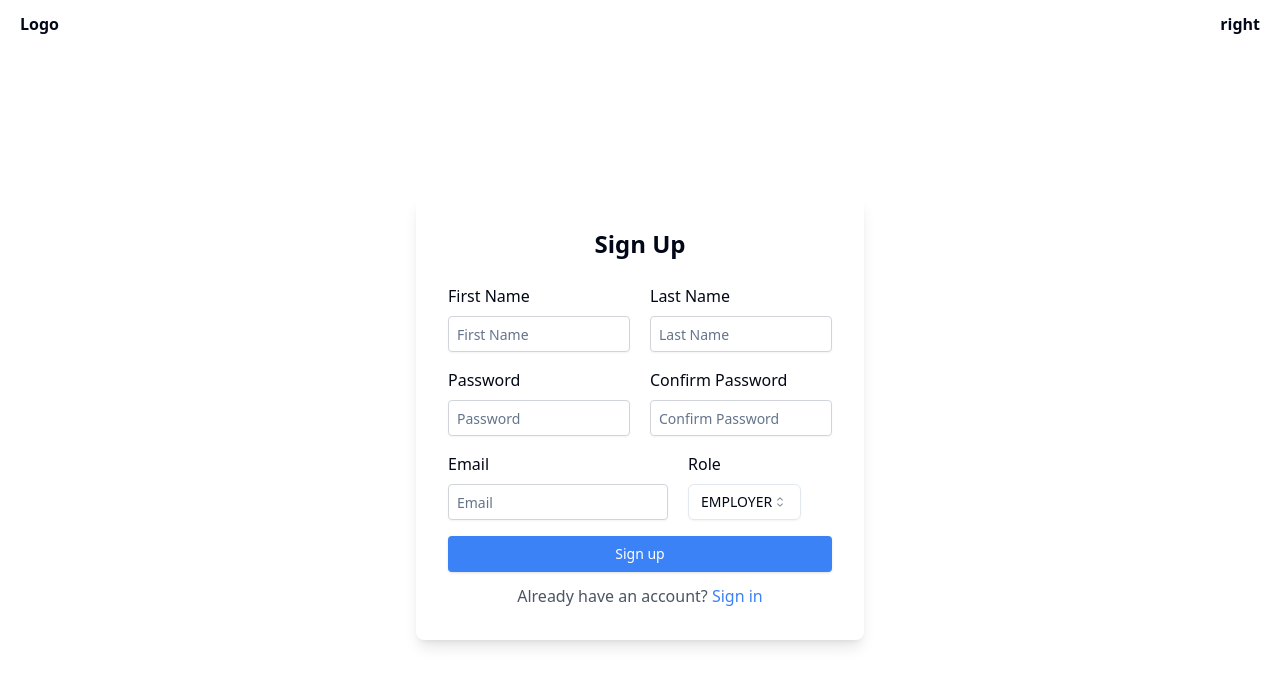
Repository: hisreal123/globalpath_fe
Page: /auth/signup
These files come from the project's save history. The page is drawn as it stood at one moment and after the next save; the edit follows.
The browser window is 1280 px wide. The pictures show the whole page.
The project was rebuilt for these pictures with package versions that can differ from the ones it lists, and the page was loaded fresh each time. Also part of the build but not shown: vite.config.ts, src/components/pages/HomeComponent.tsx, src/pages/Home.tsx, src/pages/Error.tsx, src/pages/About.tsx, src/pages/Blog.tsx, src/pages/Find_jobs.tsx, src/components/Header.tsx and 2 more.

Above is the page before, as saved 2024-10-11 16:57:35.

### src/App.tsx

import { Router } from "./router/Router";

function App() {
  return (
    <>
      <Router />
    </>
  );
}

export default App;

### src/router/Router.tsx
import {
  createBrowserRouter,
  RouterProvider,
  Outlet,
  useLocation,
} from "react-router-dom";
import Home from "../pages/Home";
import Error from "../pages/Error";
import About from "../pages/About";
import Blog from "../pages/Blog";
import Find_jobs from "../pages/Find_jobs"
import Header from "../components/Header";
import Signin from "../pages/auth/Signin";
import Signup from "../pages/auth/Signup";


const notPages = ["/error", "/auth/signin", "/auth/signup", "auth/reset_password"]


// Layout component with conditional Navbar
const Layout = () => {
  const location = useLocation(); // Get the current route location

  return (
    <>
      {/* Conditionally render the Navbar if the current path is not the error page */}
      {!notPages.includes(location.pathname) && <Header />}
      <Outlet /> {/* Renders the child route's component */}
    </>
  );
};

const router = createBrowserRouter([
  {
    path: "/",
    element: <Layout />, // Wrap with layout for routes with Navbar
    children: [
      {
        path: "/",
        element: <Home />,
      },
      {
        path: "/about",
        element: <About />,
      },
      {
        path: "/find_jobs",
        element: <Find_jobs />,
      },
      {
        path: "/blog",
        element: <Blog />,
      },
      {
        path: "/auth",
        // element: <Blog />,
        children: [
          {
            path: "/auth/signin",
            element: <Signin />,
          },
          {
            path: "/auth/signup",
            element: <Signup />,
          },
        ],
      },
    ],
  },
  {
    path: "*", // Error route
    element: <Error />,
  },
]);

export const Router = () => {
  return (
    <>
      {/* No need for useLocation here */}
      <RouterProvider router={router} />
    </>
  );
};

### src/pages/auth/Signup.tsx
import React from 'react'
import SignupComponent from '../../components/pages/auth/SignupComponent'


const Signup = () => {
  return (
    <div>
      <SignupComponent />
    </div>
  )
}

export default Signup

### src/components/pages/auth/SignupComponent.tsx
import { z } from "zod";
import { zodResolver } from "@hookform/resolvers/zod";
import { SubmitHandler, useForm } from "react-hook-form";
import { RegisterSchema } from "@/utils/FormValiator";
import { Button } from "@/components/ui/button";
import {
  Form,
  FormControl,
  FormField,
  FormItem,
  FormLabel,
  FormMessage,
} from "@/components/ui/form";
import { Input } from "../../ui/input";
import { Link } from "react-router-dom";
import { useRegister } from "@/hooks/useAuth";
import { useState } from "react";
import {
  Select,
  SelectContent,
  SelectItem,
  SelectTrigger,
  SelectValue,
} from "@/components/ui/select";

type FormValues = z.infer<typeof RegisterSchema>;

const SignupComponent = () => {
  // states
  const [isLoading, setIsLoading] = useState<boolean>(false);
  const [isEmployer, setIsEmployer] = useState<boolean>(false);
  const form = useForm({
    resolver: zodResolver(RegisterSchema),
    defaultValues: {
      email: "",
      first_name: "",
      last_name: "",
      password: "",
      confirm_password: "",
      profile: {
        job_title: "",
        company_name: "",
        company_web_address: "",
      },
      role: "",
    },
  });

  const onSubmit: SubmitHandler<FormValues> = async (values) => {
    setIsLoading(true);
    try {
      const response = await useRegister(values);
      console.log("User registered successfully:", response.data);
    } catch (error: any) {
      console.error("Registration failed:", error.message);
    } finally {
      setIsLoading(false);
    }
  };

  return (
    <div>
      <div className="top_nav px-5 flex items-center justify-between font-bold pt-3">
        <Link to="/">Logo</Link>
        <h2>right</h2>
      </div>
      <div className="form_wrapper bg-white p-8 rounded-lg shadow-lg w-11/12 max-w-md mt-20 md:mt-40 mx-auto">
        <h2 className="text-2xl font-bold mb-6 text-center">Sign Up</h2>
        <Form {...form}>
          <form onSubmit={form.handleSubmit(onSubmit)} className="space-y-4">
            <div className="grid grid-cols-2 gap-x-5">
              {/* First Name Field */}
              <FormField
                control={form.control}
                name="first_name"
                render={({ field }) => (
                  <FormItem>
                    <FormLabel className="text-md">First Name</FormLabel>
                    <FormControl>
                      <Input
                        placeholder="First Name"
                        {...field}
                        className="w-full p-2 border border-gray-300 rounded mt-1"
                      />
                    </FormControl>
                    <FormMessage />
                  </FormItem>
                )}
              />

              {/* Last Name Field */}
              <FormField
                control={form.control}
                name="last_name"
                render={({ field }) => (
                  <FormItem>
                    <FormLabel className="text-md">Last Name</FormLabel>
                    <FormControl>
                      <Input
                        placeholder="Last Name"
                        {...field}
                        className="w-full p-2 border border-gray-300 rounded mt-1"
                      />
                    </FormControl>
                    <FormMessage />
                  </FormItem>
                )}
              />
            </div>

            <div className="grid grid-cols-2 gap-x-5">
              {/* Password Field */}
              <FormField
                control={form.control}
                name="password"
                render={({ field }) => (
                  <FormItem>
                    <FormLabel className="text-md">Password</FormLabel>
                    <FormControl>
                      <Input
                        type="password"
                        placeholder="Password"
                        {...field}
                        className="w-full p-2 border border-gray-300 rounded mt-1"
                      />
                    </FormControl>
                    <FormMessage />
                  </FormItem>
                )}
              />

              {/* Confirm Password Field */}
              <FormField
                control={form.control}
                name="confirm_password"
                render={({ field }) => (
                  <FormItem>
                    <FormLabel className="text-md">Confirm Password</FormLabel>
                    <FormControl>
                      <Input
                        type="password"
                        placeholder="Confirm Password"
                        {...field}
                        className="w-full p-2 border border-gray-300 rounded mt-1"
                      />
                    </FormControl>
                    <FormMessage />
                  </FormItem>
                )}
              />
            </div>

            <div className="flex space-x-5">
              {/* Email Field */}
              <FormField
                control={form.control}
                name="email"
                render={({ field }) => (
                  <FormItem>
                    <FormLabel className="text-md">Email</FormLabel>
                    <FormControl>
                      <Input
                        placeholder="Email"
                        {...field}
                        className="w-full p-2 border border-gray-300 rounded mt-1"
                      />
                    </FormControl>
                    <FormMessage />
                  </FormItem>
                )}
              />
              {/* Role Field */}
              <FormField
                control={form.control}
                name="role"
                render={({ field }) => (
                  <FormItem>
                    <FormLabel className="text-md">Role</FormLabel>
                    <Select
                      onValueChange={field.onChange} // Bind to React Hook Form's `onChange`
                      value={field.value} // Bind to the current value from React Hook Form
                    >
                      <SelectTrigger className="min-w-[100%]">
                        <SelectValue placeholder="EMPLOYER" />
                      </SelectTrigger>
                      <SelectContent>
                        <SelectItem value="EMPLOYER">EMPLOYER</SelectItem>
                        <SelectItem value="JOBSEEKER">JOBSEEKER</SelectItem>
                      </SelectContent>
                    </Select>
                  </FormItem>
                )}
              />
            </div>

            {isEmployer && (
              <div className="profile-section">
                <div className="flex space-x-5">
                  {/* Job Title Field (Profile) */}
                  <FormField
                    control={form.control}
                    name="profile.job_title"
                    render={({ field }) => (
                      <FormItem>
                        <FormLabel className="text-md">Job Title</FormLabel>
                        <FormControl>
                          <Input
                            placeholder="Job Title"
                            {...field}
                            className="w-full p-2 border border-gray-300 rounded mt-1"
                          />
                        </FormControl>
                        <FormMessage />
                      </FormItem>
                    )}
                  />

                  {/* Company Name Field (Profile) */}
                  <FormField
                    control={form.control}
                    name="profile.company_name"
                    render={({ field }) => (
                      <FormItem>
                        <FormLabel className="text-md">Company Name</FormLabel>
                        <FormControl>
                          <Input
                            placeholder="Company Name"
                            {...field}
                            className="w-full p-2 border border-gray-300 rounded mt-1"
                          />
                        </FormControl>
                        <FormMessage />
                      </FormItem>
                    )}
                  />
                </div>

                {/* Company Web Address Field (Profile) */}
                <FormField
                  control={form.control}
                  name="profile.company_web_address"
                  render={({ field }) => (
                    <FormItem>
                      <FormLabel className="text-md">
                        Company Web Address
                      </FormLabel>
                      <FormControl>
                        <Input
                          placeholder="Company Web Address"
                          {...field}
                          className="w-full p-2 border border-gray-300 rounded mt-1"
                        />
                      </FormControl>
                      <FormMessage />
                    </FormItem>
                  )}
                />
              </div>
            )}
            {/* Submit Button */}
            <Button
              type="submit"
              className="bg-blue-500 text-white w-full p-2 rounded hover:bg-blue-600 mt-5 relative"
            >
              {`${isLoading ? "loading...." : "Sign up"}`}
            </Button>
          </form>
        </Form>

        <p className="text-center text-gray-600 mt-3">
          Already have an account?{" "}
          <Link to="/auth/signin" className="text-blue-500 hover:underline">
            Sign in
          </Link>
        </p>
      </div>
    </div>
  );
};

export default SignupComponent;

### src/utils/FormValiator.ts
"use client"

import {z} from "zod"


export const UserProfile = z.object({
  job_title: z.string(),
  company_name: z.string(),
  company_web_address: z.string().url({ message: "Invalid url" })
});

export const RegisterSchema = z
  .object({
    email: z
      .string()
      .min(13, {
        message: "Email must be 13 or more.",
      })
      .max(20),
    first_name: z
      .string()
      .min(2, {
        message: "First name must be at least 2 characters long",
      })
      .max(50),
    last_name: z.string().min(2).max(50),
    password: z.string().min(4).max(20),
    confirm_password: z.string().min(2).max(50),
    profile: UserProfile,
    role: z.string().min(8).max(20)
  })
  .refine((data) => data.password === data.confirm_password, {
    message: "Passwords do not match",
    path: ["confirm_password"],
  });



export const LoginSchema =  z.object({
  email: z.string().email({ message: "Invalid email address" }),
  password: z.string().min(6, { message: "Password must be at least 6 characters" }),
});

### src/components/ui/button.tsx
import * as React from "react"
import { Slot } from "@radix-ui/react-slot"
import { cva, type VariantProps } from "class-variance-authority"

import { cn } from "@/lib/utils"

const buttonVariants = cva(
  "inline-flex items-center justify-center whitespace-nowrap rounded-md text-sm font-medium transition-colors focus-visible:outline-none focus-visible:ring-1 focus-visible:ring-ring disabled:pointer-events-none disabled:opacity-50",
  {
    variants: {
      variant: {
        default:
          "bg-primary text-primary-foreground shadow hover:bg-primary/90",
        destructive:
          "bg-destructive text-destructive-foreground shadow-sm hover:bg-destructive/90",
        outline:
          "border border-input bg-background shadow-sm hover:bg-accent hover:text-accent-foreground",
        secondary:
          "bg-secondary text-secondary-foreground shadow-sm hover:bg-secondary/80",
        ghost: "hover:bg-accent hover:text-accent-foreground",
        link: "text-primary underline-offset-4 hover:underline",
      },
      size: {
        default: "h-9 px-4 py-2",
        sm: "h-8 rounded-md px-3 text-xs",
        lg: "h-10 rounded-md px-8",
        icon: "h-9 w-9",
      },
    },
    defaultVariants: {
      variant: "default",
      size: "default",
    },
  }
)

export interface ButtonProps
  extends React.ButtonHTMLAttributes<HTMLButtonElement>,
    VariantProps<typeof buttonVariants> {
  asChild?: boolean
}

const Button = React.forwardRef<HTMLButtonElement, ButtonProps>(
  ({ className, variant, size, asChild = false, ...props }, ref) => {
    const Comp = asChild ? Slot : "button"
    return (
      <Comp
        className={cn(buttonVariants({ variant, size, className }))}
        ref={ref}
        {...props}
      />
    )
  }
)
Button.displayName = "Button"

export { Button, buttonVariants }

### src/components/ui/form.tsx
import * as React from "react"
import * as LabelPrimitive from "@radix-ui/react-label"
import { Slot } from "@radix-ui/react-slot"
import {
  Controller,
  ControllerProps,
  FieldPath,
  FieldValues,
  FormProvider,
  useFormContext,
} from "react-hook-form"

import { cn } from "@/lib/utils"
import { Label } from "@/components/ui/label"

const Form = FormProvider

type FormFieldContextValue<
  TFieldValues extends FieldValues = FieldValues,
  TName extends FieldPath<TFieldValues> = FieldPath<TFieldValues>
> = {
  name: TName
}

const FormFieldContext = React.createContext<FormFieldContextValue>(
  {} as FormFieldContextValue
)

const FormField = <
  TFieldValues extends FieldValues = FieldValues,
  TName extends FieldPath<TFieldValues> = FieldPath<TFieldValues>
>({
  ...props
}: ControllerProps<TFieldValues, TName>) => {
  return (
    <FormFieldContext.Provider value={{ name: props.name }}>
      <Controller {...props} />
    </FormFieldContext.Provider>
  )
}

const useFormField = () => {
  const fieldContext = React.useContext(FormFieldContext)
  const itemContext = React.useContext(FormItemContext)
  const { getFieldState, formState } = useFormContext()

  const fieldState = getFieldState(fieldContext.name, formState)

  if (!fieldContext) {
    throw new Error("useFormField should be used within <FormField>")
  }

  const { id } = itemContext

  return {
    id,
    name: fieldContext.name,
    formItemId: `${id}-form-item`,
    formDescriptionId: `${id}-form-item-description`,
    formMessageId: `${id}-form-item-message`,
    ...fieldState,
  }
}

type FormItemContextValue = {
  id: string
}

const FormItemContext = React.createContext<FormItemContextValue>(
  {} as FormItemContextValue
)

const FormItem = React.forwardRef<
  HTMLDivElement,
  React.HTMLAttributes<HTMLDivElement>
>(({ className, ...props }, ref) => {
  const id = React.useId()

  return (
    <FormItemContext.Provider value={{ id }}>
      <div ref={ref} className={cn("space-y-2", className)} {...props} />
    </FormItemContext.Provider>
  )
})
FormItem.displayName = "FormItem"

const FormLabel = React.forwardRef<
  React.ElementRef<typeof LabelPrimitive.Root>,
  React.ComponentPropsWithoutRef<typeof LabelPrimitive.Root>
>(({ className, ...props }, ref) => {
  const { error, formItemId } = useFormField()

  return (
    <Label
      ref={ref}
      className={cn(error && "text-destructive", className)}
      htmlFor={formItemId}
      {...props}
    />
  )
})
FormLabel.displayName = "FormLabel"

const FormControl = React.forwardRef<
  React.ElementRef<typeof Slot>,
  React.ComponentPropsWithoutRef<typeof Slot>
>(({ ...props }, ref) => {
  const { error, formItemId, formDescriptionId, formMessageId } = useFormField()

  return (
    <Slot
      ref={ref}
      id={formItemId}
      aria-describedby={
        !error
          ? `${formDescriptionId}`
          : `${formDescriptionId} ${formMessageId}`
      }
      aria-invalid={!!error}
      {...props}
    />
  )
})
FormControl.displayName = "FormControl"

const FormDescription = React.forwardRef<
  HTMLParagraphElement,
  React.HTMLAttributes<HTMLParagraphElement>
>(({ className, ...props }, ref) => {
  const { formDescriptionId } = useFormField()

  return (
    <p
      ref={ref}
      id={formDescriptionId}
      className={cn("text-[0.8rem] text-muted-foreground", className)}
      {...props}
    />
  )
})
FormDescription.displayName = "FormDescription"

const FormMessage = React.forwardRef<
  HTMLParagraphElement,
  React.HTMLAttributes<HTMLParagraphElement>
>(({ className, children, ...props }, ref) => {
  const { error, formMessageId } = useFormField()
  const body = error ? String(error?.message) : children

  if (!body) {
    return null
  }

  return (
    <p
      ref={ref}
      id={formMessageId}
      className={cn("text-[0.8rem] font-medium text-destructive", className)}
      {...props}
    >
      {body}
    </p>
  )
})
FormMessage.displayName = "FormMessage"

export {
  useFormField,
  Form,
  FormItem,
  FormLabel,
  FormControl,
  FormDescription,
  FormMessage,
  FormField,
}

### src/components/ui/input.tsx
import * as React from "react"

import { cn } from "@/lib/utils"

export interface InputProps
  extends React.InputHTMLAttributes<HTMLInputElement> {}

const Input = React.forwardRef<HTMLInputElement, InputProps>(
  ({ className, type, ...props }, ref) => {
    return (
      <input
        type={type}
        className={cn(
          "flex h-9 w-full rounded-md border border-input bg-transparent px-3 py-1 text-sm shadow-sm transition-colors file:border-0 file:bg-transparent file:text-sm file:font-medium file:text-foreground placeholder:text-muted-foreground focus-visible:outline-none focus-visible:ring-1 focus-visible:ring-ring disabled:cursor-not-allowed disabled:opacity-50",
          className
        )}
        ref={ref}
        {...props}
      />
    )
  }
)
Input.displayName = "Input"

export { Input }

### src/hooks/useAuth.tsx

// import { FormSchema } from '@/utils/FormValiator';
// import { RegisterSchema } from "@/utils/FormValiator";
import axios , {AxiosResponse } from 'axios';
// import IFormRegister from '../../data'
// import { z } from 'zod';

const baseURL =  `https://korede456.pythonanywhere.com`

const headerConfig = {
  headers : {
    'Content-type': 'application/json'
  }
}


export // Function to handle user registration and return AxiosResponse
const useRegister = async (
  userData: any
): Promise<AxiosResponse<any>> => {
  try {
    const response = await axios.post(
      `${baseURL}/account/register/`,
      userData,
      headerConfig
    );

    return response; // Return the API response
  } catch (error: any) {
    if (error.response) {
      console.error("Error registering user:", error.response.status);
      console.error("Error details:", error.response.data);
      throw new Error(error.response.data.message || "Error registering user");
    } else {
      console.error("Error registering user:", error.message);
      throw new Error("Network error");
    }
  }
};

### src/components/ui/label.tsx
import * as React from "react"
import * as LabelPrimitive from "@radix-ui/react-label"
import { cva, type VariantProps } from "class-variance-authority"

import { cn } from "@/lib/utils"

const labelVariants = cva(
  "text-sm font-medium leading-none peer-disabled:cursor-not-allowed peer-disabled:opacity-70"
)

const Label = React.forwardRef<
  React.ElementRef<typeof LabelPrimitive.Root>,
  React.ComponentPropsWithoutRef<typeof LabelPrimitive.Root> &
    VariantProps<typeof labelVariants>
>(({ className, ...props }, ref) => (
  <LabelPrimitive.Root
    ref={ref}
    className={cn(labelVariants(), className)}
    {...props}
  />
))
Label.displayName = LabelPrimitive.Root.displayName

export { Label }

Loaded but not shown: index.html (common file); src/main.tsx (common file); src/index.css (common file); src/lib/utils.ts (common file); tailwind.config.js (common file); src/components/ui/select.tsx (162 lines, source omitted)

After the next save:
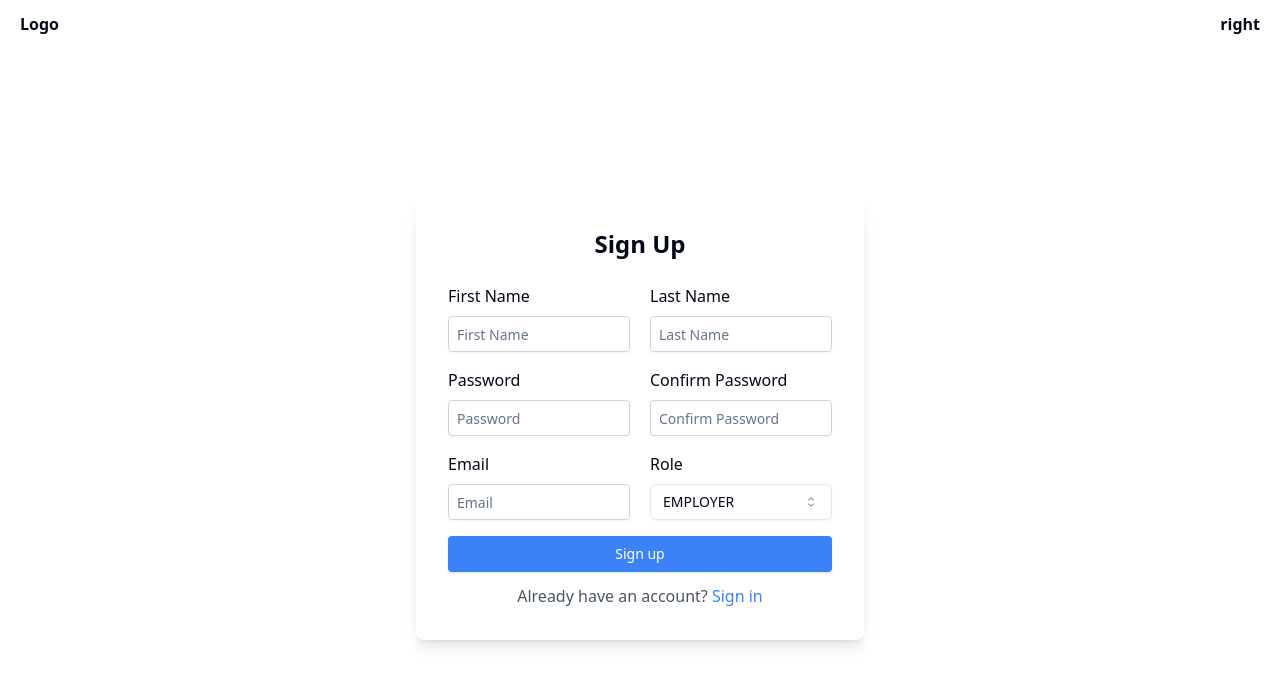
Saved 6 s later.
--- a/src/components/pages/auth/SignupComponent.tsx
+++ b/src/components/pages/auth/SignupComponent.tsx
@@ -150,7 +150,7 @@ const SignupComponent = () => {
               />
             </div>
 
-            <div className="flex space-x-5">
+            <div className="grid grid-cols-2 gap-x-5">
               {/* Email Field */}
               <FormField
                 control={form.control}
